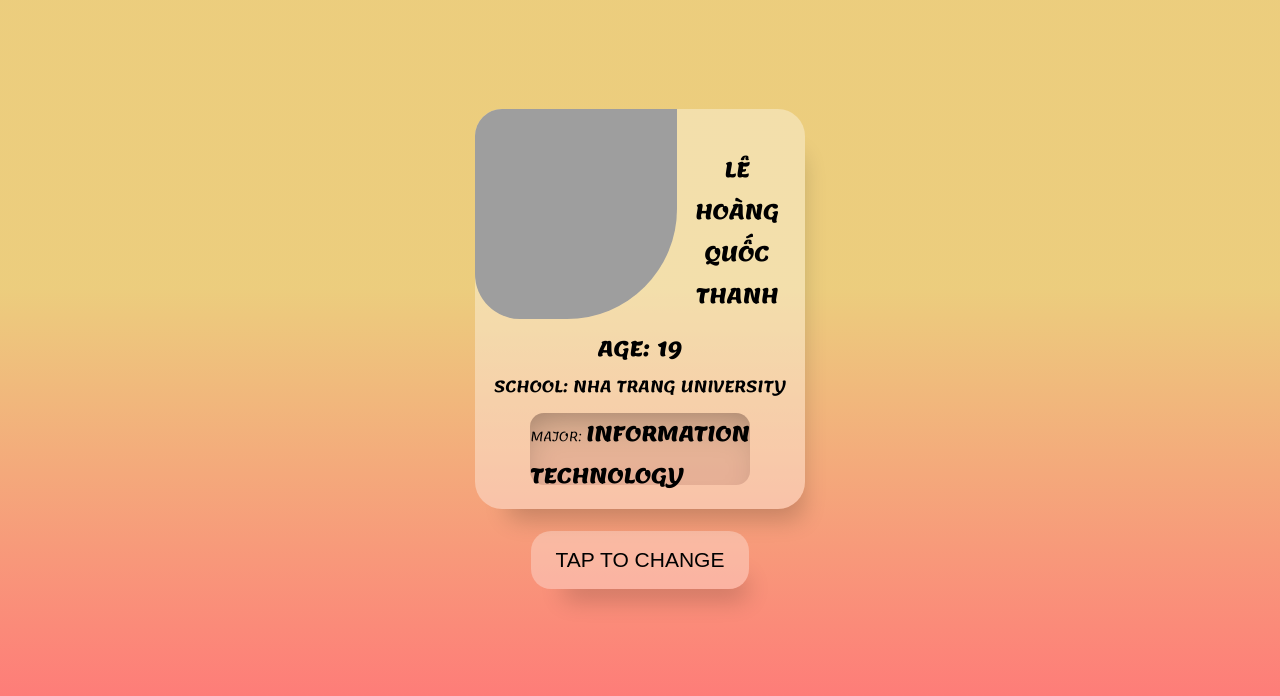
Repository: ThanhThn/profile
Page: index.html
These files come from the project's save history. The page is drawn as it stood at one moment and after the next save; the edit follows.
The browser window is 1280 px wide. The pictures show the whole page.
Pictures or frames that could not be fetched are drawn as grey boxes. Some web fonts or font styles are not loaded; a fallback is used.

Above is the page before, as saved 2022-12-05 20:24:44.

### index.html
<!DOCTYPE html>
<html lang="en">
<head>
    <meta charset="UTF-8">
    <meta http-equiv="X-UA-Compatible" content="IE=edge">
    <meta name="viewport" content="width=device-width, initial-scale=1.0">
    <title>Document</title>
    <link rel="stylesheet" href="style.css">
</head>
<body>
    <div class="container">
        <div class="content">
            <img src="avata.jpg" alt="avatar">
            <span class="name">LÊ hoàng quốc thanh</span>
            <span class="age" ></span>
            <span id="school">school: nha trang university</span>
            <div class="major">
                <span id = "major">Major:</span>
                <span id = "major--name">information technology</span>
            </div>
        </div>
        <button class="btn">tap to change</button>
    </div>

    <script>
        var ages = new Date().getFullYear() - 2003;
        var text = document.getElementsByClassName("age");
        for(let i = 0; i < text.length; i++){
            text[i].innerHTML = `age: ${ages}`;
        }
    </script>
</body>
</html>

### style.css
@import url('https://fonts.googleapis.com/css2?family=Kodchasan:wght@700&family=Lemonada:wght@300;600;700&family=Pacifico&display=swap');
*{
    padding: 0;
    margin: 0;
    box-sizing: border-box;
}

body{
    background:  linear-gradient( to bottom, rgba(223, 172,39,60%) 40%, rgba(255,22,22,58%) 100% );
    width: 100%;
    height: 100vh;
}
.container{
    position: absolute;
    top: 50%;
    left: 50%;
    transform: translate(-50%, -50%);
    display: flex;
    flex-direction: column;
    align-items: center;
}

.content{
    width: 330px;
    height: 400px;
    background: rgba(255, 255, 255, 35%);
    border-radius: 27px;
    box-shadow: rgba(0, 0, 0, .2) 15px 28px 25px -18px;
}

.content img{
    width: 202px;
    height: 210px;
    border-radius: 27px 0 110px 45px;
    object-fit: cover;
    object-position: -32px 0;
}
span{
    width: 104px;
    font-size: 21px;
    text-transform: uppercase;
    font-weight: 700;
    font-family: 'Lemonada', cursive;
}
.content .name{
    position: absolute;
    text-align: center;
    top: 40px;
    left: 210px;
}

.content .age{
    display: block;
    position: relative;
    width: 100%;
    top: 5px;
    text-align: center;
}
#school{
    font-size: 16px;
    font-weight: 600;
    display: block;
    width: 100%;
    text-align: center;
    position: relative;
    top:5px;
}

.major{
    width: 220px;
    height: 72px;
    background-color: rgba(126, 48, 40, .15);
    border-radius: 14px;
    box-shadow: 3px 20px 39px -19px rgba(0,0,0,0.35) inset;
    -webkit-box-shadow: 3px 20px 39px -19px rgba(0,0,0,0.35) inset;
    -moz-box-shadow: 3px 20px 39px -19px rgba(0,0,0,0.35) inset;
    margin: 16px auto 0 auto;
}

.major #major{
    font-weight: 300;
    font-size: 13px;
}
.btn{
    background: rgba(255, 255, 255, .3);
    width: 218px;
    height: 58px;
    border-radius: 20px;
    border: none;
    margin: 22px;
    font-family: 'Kodchasan', sans-serif;
    font-size: 21px;
    text-transform: uppercase;
    box-shadow: rgba(0, 0, 0, .2) 15px 28px 25px -18px;
    background-position: 0 90%;
    background-repeat: repeat no-repeat;

}

.btn:hover {
    box-shadow: rgba(0, 0, 0, .3) 2px 8px 8px -5px;
    transform: translate3d(0, 2px, 0);
}


.btn:focus {
  box-shadow: rgba(0, 0, 0, .3) 2px 8px 4px -6px;
}

After the next save:
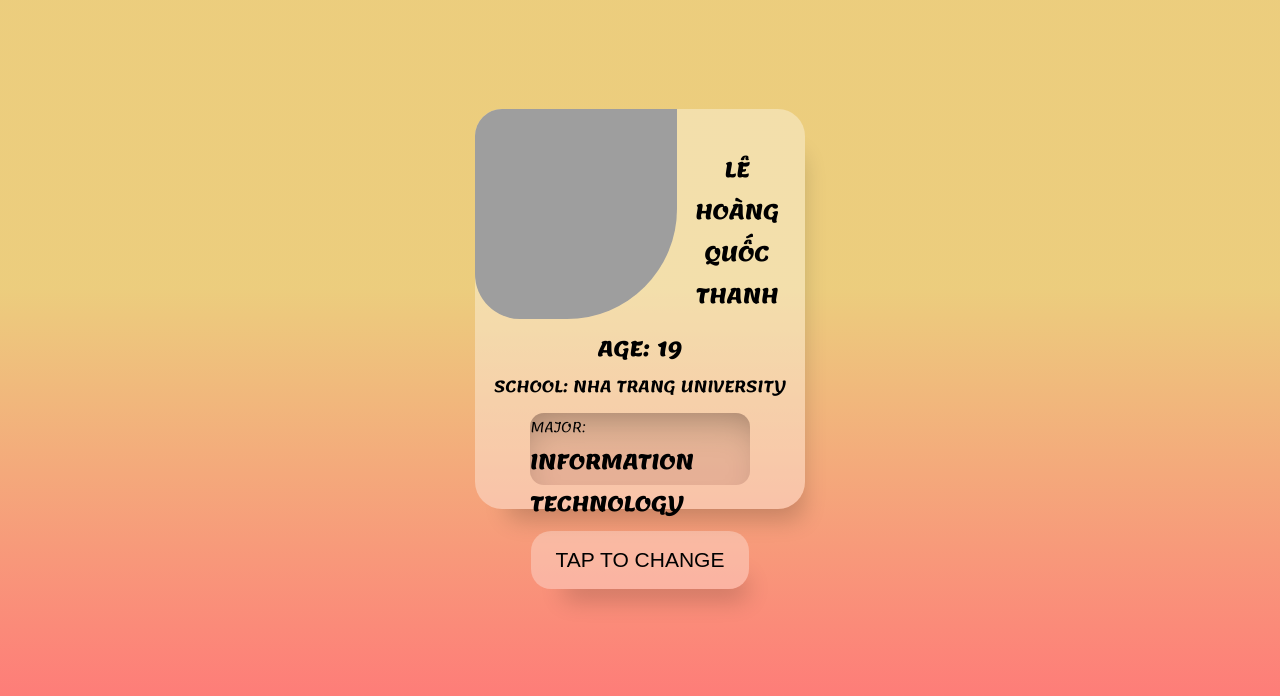
Saved 16 s later.
--- a/style.css
+++ b/style.css
@@ -79,7 +79,7 @@ span{
 
 .major #major{
     font-weight: 300;
-    font-size: 13px;
+    font-size: 14px;
 }
 .btn{
     background: rgba(255, 255, 255, .3);
